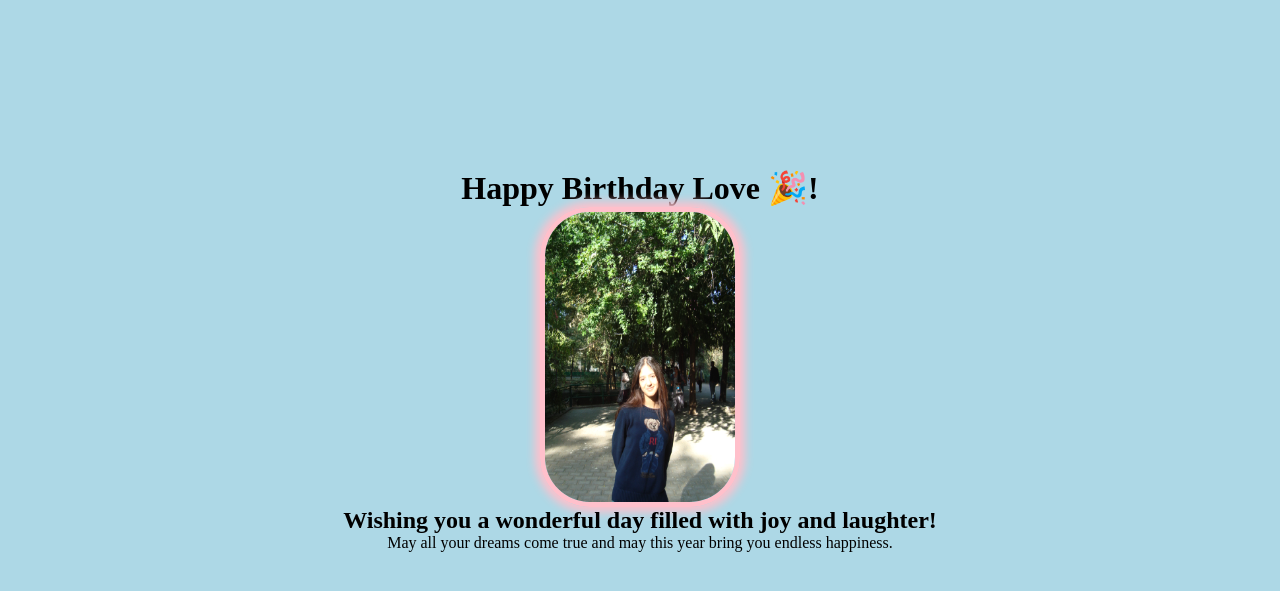
Repository: raghhavv03/html-css-practice
Page: css-task-5/index.html
These files come from the project's save history. The page is drawn as it stood at one moment and after the next save; the edit follows.
The browser window is 1280 px wide. The pictures show the whole page.
Some web fonts or font styles are not loaded; a fallback is used.

Above is the page before, as saved 2026-02-07 16:18:35.

### css-task-5/index.html
<!DOCTYPE html>
<html>
    <head>
        <title>Birthday Card</title>
        <link rel="stylesheet" href="./style.css">
        <link rel="preconnect" href="https://fonts.googleapis.com">
        <link rel="preconnect" href="https://fonts.gstatic.com" crossorigin>
        <link href="https://fonts.googleapis.com/css2?family=Birthstone&display=swap" rel="stylesheet">
    </head>
    <body>
        <h1>Happy Birthday Love 🎉!</h1>
        <img id="birthday-image" src="./love.jpg">
        <h2>Wishing you a wonderful day filled with joy and laughter!</h2>
        <p>May all your dreams come true and may this year bring you endless happiness.</p>
    </body>
</html>

### css-task-5/style.css
* {
    margin: 0;
    padding: 0;
    box-sizing: border-box;
}

body {
    height: 100vh;
    background-color: lightblue;
    display:flex;
    flex-direction: column;
    align-items: center;
    justify-content: center;
    font-family: "Birthstone", cursive;
    font-weight: 400;
    font-style: normal;
}

#birthday-image {
    width: 200px;
    height: 300px;
    border-radius: 50px;
    border: solid 5px pink;
    box-shadow: 0px 0px 10px 5px pink;
}

After the next save:
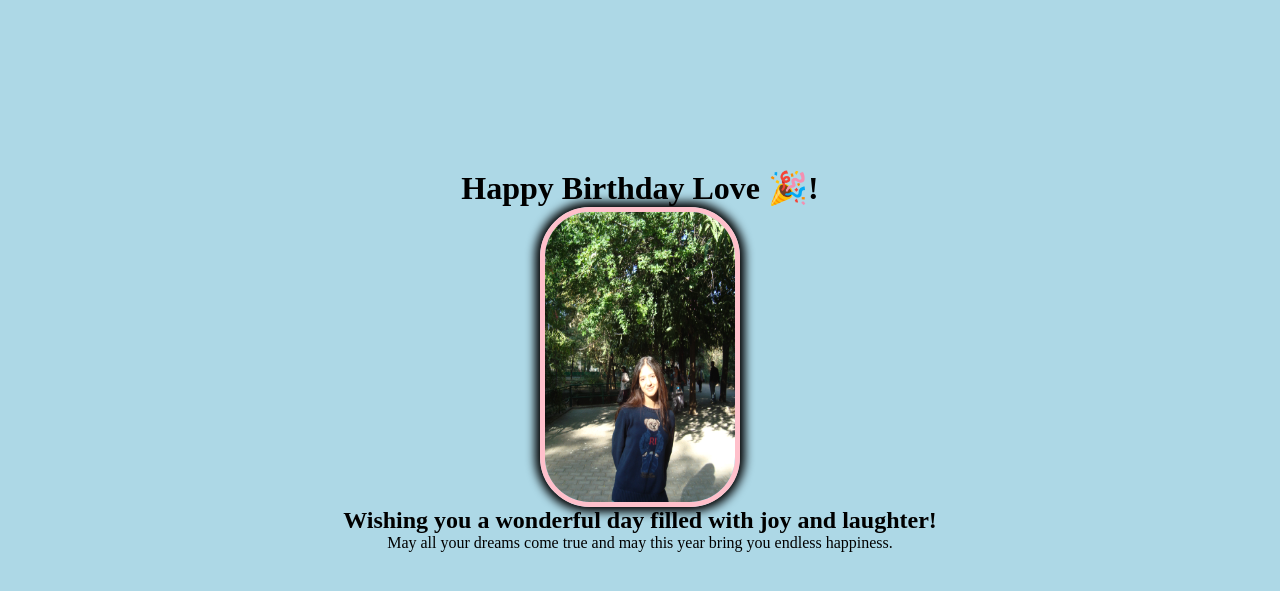
Saved 28 s later.
--- a/css-task-5/style.css
+++ b/css-task-5/style.css
@@ -21,5 +21,5 @@
     height: 300px;
     border-radius: 50px;
     border: solid 5px pink;
-    box-shadow: 0px 0px 10px 5px pink;
+    box-shadow: 0px 0px 10px 5px
 }

After the save that followed:
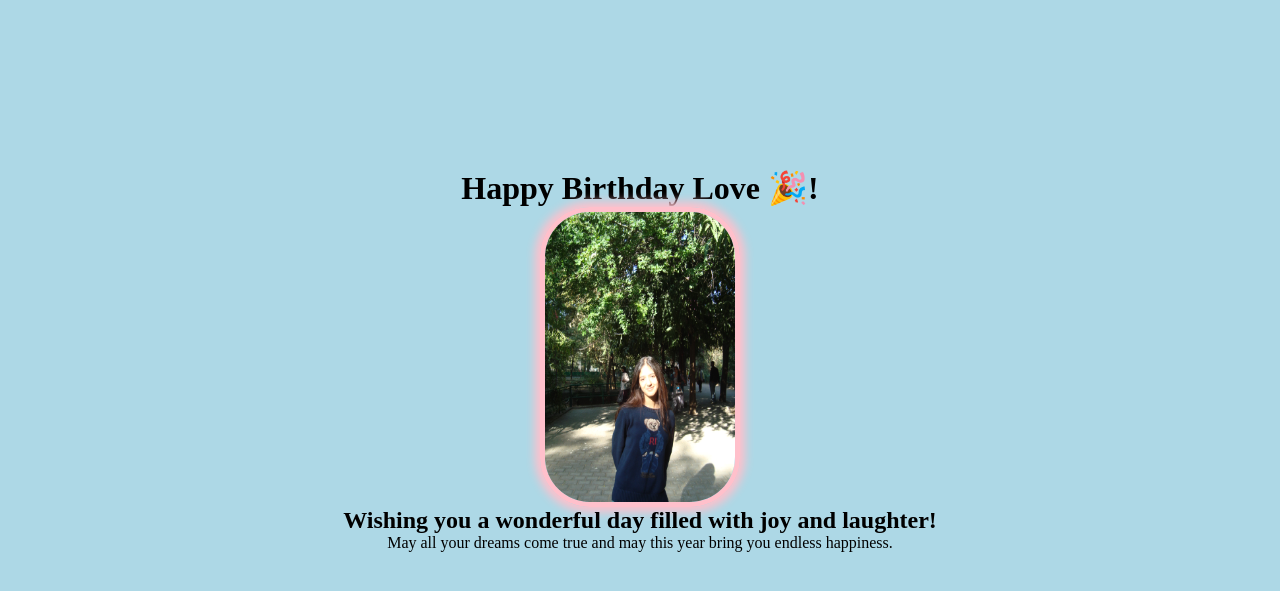
Saved 4 s later.
--- a/css-task-5/style.css
+++ b/css-task-5/style.css
@@ -21,5 +21,5 @@
     height: 300px;
     border-radius: 50px;
     border: solid 5px pink;
-    box-shadow: 0px 0px 10px 5px
+    box-shadow: 0px 0px 10px 5px pink;
 }
